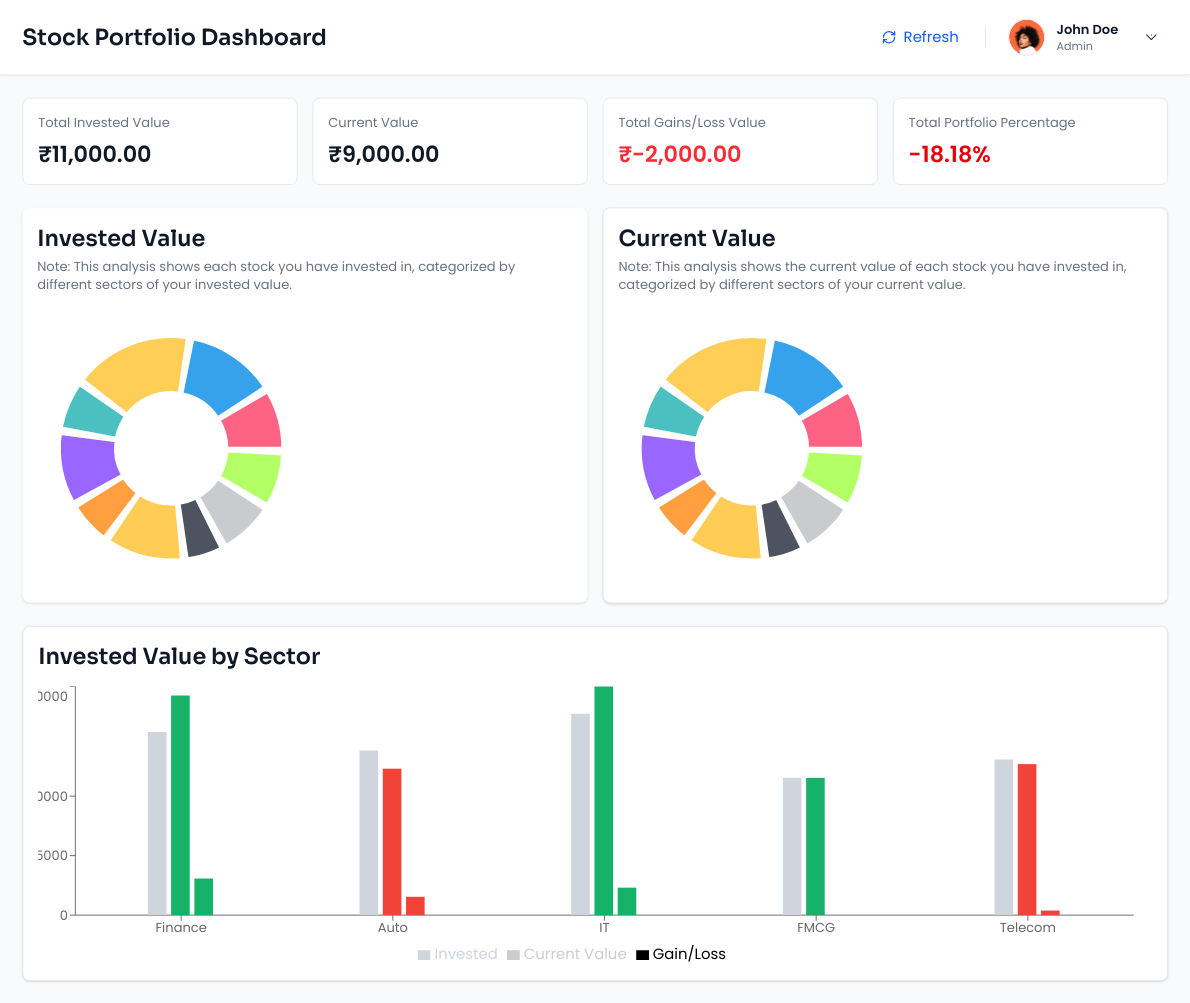
Repository: jabir12-12/inten-project
Page: /
An editor plug-in stored every save of this project. The page is shown before and after the next save, followed by the edit.
The browser window is 1280 px wide. The pictures show the whole page, at 93% of full size.
The project was rebuilt for these pictures with package versions that can differ from the ones it lists, and the page was loaded fresh each time. The framework's server and built-in components were replaced by stand-ins that run in the browser. Also part of the build but not shown: next.config.ts.

Above is the page before, as saved 2025-05-17 15:45:48.

### src/pages/index.tsx
'use client';
import React, { useState } from 'react';
import Image from 'next/image';
import { RefreshCw, } from "lucide-react";
import { Bar, BarChart, CartesianGrid, Legend, ResponsiveContainer, Tooltip, TooltipProps, XAxis, YAxis } from "recharts";
import { PieChart, Pie, Cell } from 'recharts';

interface PieTooltipProps extends TooltipProps<number, string> {
  active?: boolean;
  payload?: any[];
}

const Investedvalue = [
  { name: "Tata Motors", sector: "Automobile", visitors: 100000, percentage: 10, fill: "#FF6384" },
  { name: "Reliance", sector: "Energy", visitors: 150000, percentage: 15, fill: "#36A2EB" },
  { name: "Infosys", sector: "IT", visitors: 200000, percentage: 20, fill: "#FFCE56" },
  { name: "HDFC", sector: "Finance", visitors: 80000, percentage: 8, fill: "#4BC0C0" },
  { name: "ITC", sector: "FMCG", visitors: 120000, percentage: 12, fill: "#9966FF" },
  { name: "Airtel", sector: "Telecom", visitors: 70000, percentage: 7, fill: "#FF9F40" },
  { name: "Maruti", sector: "Automobile", visitors: 130000, percentage: 13, fill: "#FFCD56" },
  { name: "ICICI", sector: "Finance", visitors: 60000, percentage: 6, fill: "#4D5360" },
  { name: "Asian Paints", sector: "Chemicals", visitors: 90000, percentage: 9, fill: "#C9CBCF" },
  { name: "SBI", sector: "Finance", visitors: 90000, percentage: 9, fill: "#B2FF66" },
];




// Calculate total invested amount
const totalInvested = Investedvalue.reduce((sum, stock) => sum + stock.visitors, 0);

// Prepare data with percentage for Pie chart
const pieChartFormattedData = Investedvalue.map((stock) => ({
  name: stock.name,
  visitors: stock.visitors,
  fill: stock.fill,
  percentage: ((stock.visitors / totalInvested) * 100).toFixed(2),
}));

const CustomPieTooltip: React.FC<PieTooltipProps> = ({ active, payload }) => {
  if (active && payload && payload.length) {
    const {
      name,
      value,
      payload: { fill, visitors },
    } = payload[0];

    return (
      <div
        className="flex flex-row items-center justify-between w-40"
        style={{
          backgroundColor: 'white',
          border: '1px solid #EAECF0',
          borderRadius: '8px',
          padding: '10px',
          boxShadow: "0px 4px 8px rgba(0, 0, 0, 0.1)"
        }}
      >
        <div className="flex flex-row items-center">
          <span style={{
            display: 'inline-block',
            width: '12px',
            height: '12px',
            borderRadius: '50%',
            backgroundColor: fill,
            marginRight: '8px'
          }} />
          <p className="flex items-center text-sm font-semibold text-[#667085]">{name}</p>
        </div>
        <p className="text-[0.938rem] font-semibold text-[#1D2939]">
          ₹{(visitors ?? value ?? 0).toLocaleString("en-IN")}
        </p>
      </div>
    );
  }
  return null;
};


export default function Home() {
  const [loading, setLoading] = useState(false)
  const investedValue = 11000;
  const currentValue = 9000;

  const gainLoss = currentValue - investedValue;
  const isGain = gainLoss >= 0;
  // this convert the text into Indian Rupee format
  const gainLossText = `₹${gainLoss.toLocaleString("en-IN", {
    minimumFractionDigits: 2,
  })}`;
  const barChartData = [
    {
      name: "Finance",
      invested: 200000,
      current: 240000, // green
    },
    {
      name: "Auto",
      invested: 180000,
      current: 160000, // red
    },
    {
      name: "IT",
      invested: 220000,
      current: 250000, // green
    },
    {
      name: "FMCG",
      invested: 150000,
      current: 150000, // same (neutral)
    },
    {
      name: "Telecom",
      invested: 170000,
      current: 165000, // red
    },
  ];


  return (
    <div className="bg-gray-50 min-h-screen flex flex-col">
      {/* Header */}
      <header className="sticky top-0 z-10 flex justify-between px-4 md:px-6 py-3 md:py-4 bg-white border-b border-gray-200 shadow-sm items-center">
        <div className="flex items-center">
          <h1 className="text-gray-900 font-semibold text-xl md:text-2xl">Stock Portfolio Dashboard</h1>
        </div>
        <div className="flex items-center gap-2 md:gap-4">
          <button
            onClick={() => setLoading(true)}
            className="flex items-center  text-blue-600 hover:text-blue-800 px-3 py-1 rounded-md gap-2 cursor-pointer"
            disabled={loading}
          >
            <RefreshCw className={`w-4 h-4 ${loading ? "animate-spin" : ""}`} />
            <span>{loading ? "Refreshing..." : "Refresh"}</span>
          </button>
          <div className="hidden md:block bg-gray-200 h-6 w-px"></div>
          <div className="flex items-center gap-2 md:gap-3 cursor-pointer rounded-md px-2 py-1 hover:bg-gray-100 transition-colors">
            {/* Avatar: always visible */}
            <div className="h-8 w-8 md:h-10 md:w-10 overflow-hidden rounded-full border border-gray-200 shrink-0">
              <Image
                src="/images/Ellipse 1534 (6).svg"
                alt="User profile"
                className="h-full w-full object-cover"
                width={40}
                height={40}
              />
            </div>
            {/* Name and Role: hidden on small screens */}
            <div className="hidden md:flex flex-col min-w-[80px]">
              <span className="text-gray-900 text-sm font-semibold truncate">John Doe</span>
              <span className="text-gray-500 text-xs truncate">Admin</span>
            </div>
            {/* Dropdown Icon: visible always, aligned nicely */}
            <div className="flex items-center justify-center h-5 w-5">
              <Image
                src="/images/Frame (21).svg"
                alt="Dropdown icon"
                width={20}
                height={20}
              />
            </div>
          </div>
        </div>
      </header>
      {/* Main  Body */}
      <div className="flex-1 px-4 py-6 overflow-auto flex flex-col gap-6 md:px-6">
        <div className="flex flex-wrap gap-4 justify-between">
          {/* Total Invested Value */}
          <button className="flex flex-1 min-w-[240px] p-4 flex-col gap-2 border border-gray-200 rounded-lg bg-white transition-all duration-300 ease-in-out hover:shadow-[0_4px_20px_rgba(255,182,193,0.5)] hover:border-[#D6BBFB] hover:scale-[1.03] active:scale-[0.98]">
            <span className="text-gray-500 text-sm">Total Invested Value</span>
            <span className="text-gray-900 text-2xl font-semibold">
              ₹{investedValue.toLocaleString("en-IN", {
                minimumFractionDigits: 2,
              })}
            </span>
          </button>

          {/* Current Value */}
          <button className="flex flex-1 min-w-[240px] p-4 flex-col gap-2 border border-gray-200 rounded-lg bg-white transition-all duration-300 ease-in-out hover:shadow-[0_4px_20px_rgba(255,182,193,0.5)] hover:border-[#D6BBFB] hover:scale-[1.03] active:scale-[0.98]">
            <span className="text-gray-500 text-sm">Current Value</span>
            <span className="text-gray-900 text-2xl font-semibold">
              ₹{currentValue.toLocaleString("en-IN", {
                minimumFractionDigits: 2,
              })}
            </span>
          </button>

          {/* Total Gain/Loss */}
          <button className="flex flex-1 min-w-[240px] p-4 flex-col gap-2 border border-gray-200 rounded-lg bg-white transition-all duration-300 ease-in-out hover:shadow-[0_4px_20px_rgba(255,182,193,0.5)] hover:border-[#D6BBFB] hover:scale-[1.03] active:scale-[0.98]">
            <span className="text-gray-500 text-sm">Total Gains/Loss Value</span>
            <span
              className={`text-2xl font-semibold ${isGain ? "text-green-600" : "text-red-500"
                }`}
            >
              {gainLossText}
            </span>
          </button>

          {/* Portfolio Percentage (optional placeholder) */}
          <button className="flex flex-1 min-w-[240px] p-4 flex-col gap-2 border border-gray-200 rounded-lg bg-white transition-all duration-300 ease-in-out hover:shadow-[0_4px_20px_rgba(255,182,193,0.5)] hover:border-[#D6BBFB] hover:scale-[1.03] active:scale-[0.98]">
            <span className="text-gray-500 text-sm">Total Portfolio Percentage</span>
            <span className={`text-2xl font-semibold ${currentValue >= investedValue ? 'text-green-600' : 'text-red-600'}`}>
              {(((currentValue - investedValue) / investedValue) * 100).toFixed(2)}%
            </span>
          </button>

        </div>
        <div className='flex flex-row w-full  items-center  gap-4 justify-between'>
          <div className='flex flex-col w-1/2 gap-4 order border-gray-200 rounded-lg p-4  bg-white shadow-sm'>
            <div className='flex flex-col gap-1'>
              <h1 className="text-gray-900 font-semibold text-xl md:text-2xl">Invested Value</h1>
              <span className="text-gray-500 text-sm">
                Note: This analysis shows each stock you have invested in, categorized by different sectors of your invested value.
              </span>
            </div>
            <ResponsiveContainer width="50%" height={300} className="flex">
              <PieChart>
                <Tooltip content={<CustomPieTooltip />} cursor={false} />
                <Pie
                  data={pieChartFormattedData}
                  dataKey="visitors"
                  nameKey="name"
                  innerRadius={60}
                  outerRadius={120}
                  stroke="#FFFFFF"
                  strokeWidth={3}
                  paddingAngle={3}
                >
                  {pieChartFormattedData.map((entry, index) => (
                    <Cell key={`cell-${index}`} fill={entry.fill} />
                  ))}
                </Pie>
              </PieChart>
            </ResponsiveContainer>
          </div>
          <div className='flex flex-col w-1/2 gap-4 border border-gray-200 rounded-lg p-4 bg-white shadow-sm'>
            <div className='flex flex-col gap-1'>
              <h1 className="text-gray-900 font-semibold text-xl md:text-2xl">Current Value</h1>
              <span className="text-gray-500 text-sm">
                Note: This analysis shows the current value of each stock you have invested in, categorized by different sectors of your current value.
              </span>
            </div>
            <ResponsiveContainer width="50%" height={300} className="flex">
              <PieChart>
                <Tooltip content={<CustomPieTooltip />} cursor={false} />
                <Pie
                  data={pieChartFormattedData}
                  dataKey="visitors"
                  nameKey="name"
                  innerRadius={60}
                  outerRadius={120}
                  stroke="#FFFFFF"
                  strokeWidth={3}
                  paddingAngle={3}
                >
                  {pieChartFormattedData.map((entry, index) => (
                    <Cell key={`cell-${index}`} fill={entry.fill} />
                  ))}
                </Pie>
              </PieChart>
            </ResponsiveContainer>
          </div>
        </div>
        <div className='flex flex-col gap-4 border border-gray-200 rounded-lg p-4 bg-white shadow-sm'>
          <h1 className="text-gray-900 font-semibold text-xl md:text-2xl">Invested Value by Sector</h1>
          <ResponsiveContainer width="100%" height={300}>
            <BarChart
              data={barChartData}
              barGap={5}
              barCategoryGap="30%"
              margin={{ right: 20, left: -20 }}
            >
              <CartesianGrid strokeDasharray="3 3" horizontal={false} vertical={false} />
              <XAxis
                dataKey="name"
                fontFamily="poppins"
                fontSize={14}
                fontWeight={400}
                fill="#667085"
              />
              <YAxis
                domain={[0, 'dataMax']}
                fontFamily="poppins"
                fontSize={14}
                fontWeight={400}
                fill="#667085"
              />
              <Tooltip
                formatter={(value: number) => `₹${value.toLocaleString("en-IN")}`}
              />
              <Legend />

              {/* Invested: Always Gray */}
              <Bar dataKey="invested" name="Invested" fill="#D0D5DD" barSize={20} />

              {/* Current: Dynamic Color */}
              <Bar
                dataKey="current"
                name="Current Value"
                barSize={20}
                fill="#ccc"
                shape={(props: any) => {
                  const { x, y, width, height, payload } = props;
                  const fill = payload.current >= payload.invested ? "#17B26A" : "#F04438";
                  return <rect x={x} y={y} width={width} height={height} fill={fill} />;
                }}
              />

              {/* Gain/Loss: Difference Bar */}
              <Bar
                dataKey={(entry) => Math.abs(entry.current - entry.invested)}
                name="Gain/Loss"
                barSize={20}
                shape={(props: any) => {
                  const { x, y, width, height, payload } = props;
                  const fill = payload.current >= payload.invested ? "#17B26A" : "#F04438";
                  return <rect x={x} y={y} width={width} height={height} fill={fill} />;
                }}
              />
            </BarChart>
          </ResponsiveContainer>

        </div>


      </div>
    </div>


  );
}

### src/styles/globals.css
@import url('https://fonts.googleapis.com/css2?family=Poppins:wght@400;500;600&family=Inter:wght@400;500;600&family=Sora:wght@400;500;600;700;800&display=swap');
@import url('https://fonts.googleapis.com/css2?family=Inter:wght@400;700&display=swap');

@import "tailwindcss";

body {
  background-color: #f7f8fb;
  margin: 0;
  padding: 0;
  font-family: 'Poppins', sans-serif;
  justify-content: center;
  align-items: center;
  height: 100vh;
}

.video-js .vjs-playback-rate {
  font-size: 10px;
  transform: translateY(12px);
  /* Moves the button down by 10px */

}

.heading .head {
  font-family: 'Sora', sans-serif;
  font-size: 24px;
  /* Example size */
  font-weight: 700;
}

/* Example for other headings if needed */
h1,
h2,
h3,
h4,
h5,
h6 {
  font-family: 'Sora', sans-serif;
}

h3 {
  font-size: 18px;
  font-weight: 600;
}

/* Ensure that other text elements use Poppins */
p,
span,
div {
  font-family: 'Poppins', sans-serif;
}

.button {
  outline: none;
}

/* Custom scrollbar styles */

::-webkit-scrollbar {
  width: 7px;
  height: 7px;
}

::-webkit-scrollbar-thumb {
  background-color: rgba(234, 236, 240, 1);
  ;

  border-radius: 100px;
}

::-webkit-scrollbar-track {
  background: "white";

}

/* THIS IS FOR TEXT-EDITOR IN DISSCUSSION TAB --------------------------*/
.custom-quill .ql-container {
  border: none !important;
  /* Remove the border from the container */
}

.custom-quill .ql-editor {
  border: none !important;
  /* Ensure no border around the editor */
}

.custom-quill:focus {
  outline: none;
  /* Remove outline on focus */
}

.custom-quill .ql-editor {
  font-size: 16px;
  /* Set text size to 16px */
  font-family: 'Poppins', sans-serif;
  font-style: normal;
  /* Use the Poppins font */

}

.custom-quill .ql-editor:empty::before {

  /* Show placeholder */
  color: #667085;
  /* Placeholder color */
  font-family: 'Poppins', sans-serif;
  font-style: normal;
  /* Poppins font for placeholder */
  font-size: 16px;
  /* Placeholder size */
  position: absolute;
  /* Position it absolutely */
  left: 10px;
  /* Adjust according to your padding */
  top: 10px;
  /* Adjust according to your padding */
  pointer-events: none;
  /* Prevent interaction */
}

.custom-quill .ql-editor:focus::before {
  display: none;
  /* Hide placeholder on focus */
}

/* -------------------------------------------------- */
/* FOR TOOLTIP FOR TEST PAGE ONLY ->learn Tab */


.tooltipText {
  position: absolute;
  color: white;
  bottom: 125%;
  /* Position above the button */
  left: 50%;
  /* Center horizontally */
  transform: translateX(-50%);
  /* Adjust to center the tooltip */

  z-index: 3;
  background-color: #131313;
  box-shadow: 0 5px 10px rgba(0, 0, 0, 0.3);
  padding: 6px 14px;
  /* Padding inside the tooltip */
  width: 204px;
  /* Fixed width */
  height: auto;
  /* Hug content (height grows with content) */
  min-height: 78px;
  /* Minimum height */
  font-size: 15px;
  font-weight: 400;
  border-radius: 5px;
  white-space: normal;
  /* Allow text wrapping for longer content */
  opacity: 0;
  pointer-events: none;
  transition: all 0.4s ease;
}

.tooltip:hover .tooltipText {
  opacity: 1;
  pointer-events: auto;
  transform: translate(-50%, -10px);
  /* Move tooltip slightly up on hover */
}

.drawer-overlay {
  background-color: transparent !important;
  /* Makes the overlay transparent */
}

/* magic.module.css */
.customCheckbox input[type="checkbox"]:checked {
  background-color: #9012FF;
  border-color: #9012FF;
}

/* Add this to your global CSS file */
.ql-container .ql-editor img {
  cursor: pointer;
}

.image-resizer {
  border: 1px dashed #999;
  position: absolute;
}

.image-resizer .resize-handle {
  background-color: #fff;
  border: 1px solid #999;
  height: 8px;
  width: 8px;
  position: absolute;
}

.image-resizer .resize-handle.se {
  bottom: -5px;
  right: -5px;
  cursor: se-resize;
}

.image-resizer .resize-handle.sw {
  bottom: -5px;
  left: -5px;
  cursor: sw-resize;
}

.image-resizer .resize-handle.ne {
  top: -5px;
  right: -5px;
  cursor: ne-resize;
}

.image-resizer .resize-handle.nw {
  top: -5px;
  left: -5px;
  cursor: nw-resize;
}


@layer base {
  :root {
    --radius: 0.5rem;
    --chart-1: 12 76% 61%;
    --chart-2: 173 58% 39%;
    --chart-3: 197 37% 24%;
    --chart-4: 43 74% 66%;
    --chart-5: 27 87% 67%;
  }

  .dark {
    --chart-1: 220 70% 50%;
    --chart-2: 160 60% 45%;
    --chart-3: 30 80% 55%;
    --chart-4: 280 65% 60%;
    --chart-5: 340 75% 55%;
  }
}

Loaded but not shown: src/pages/_app.tsx (common file); src/pages/_document.tsx (common file)

After the next save:
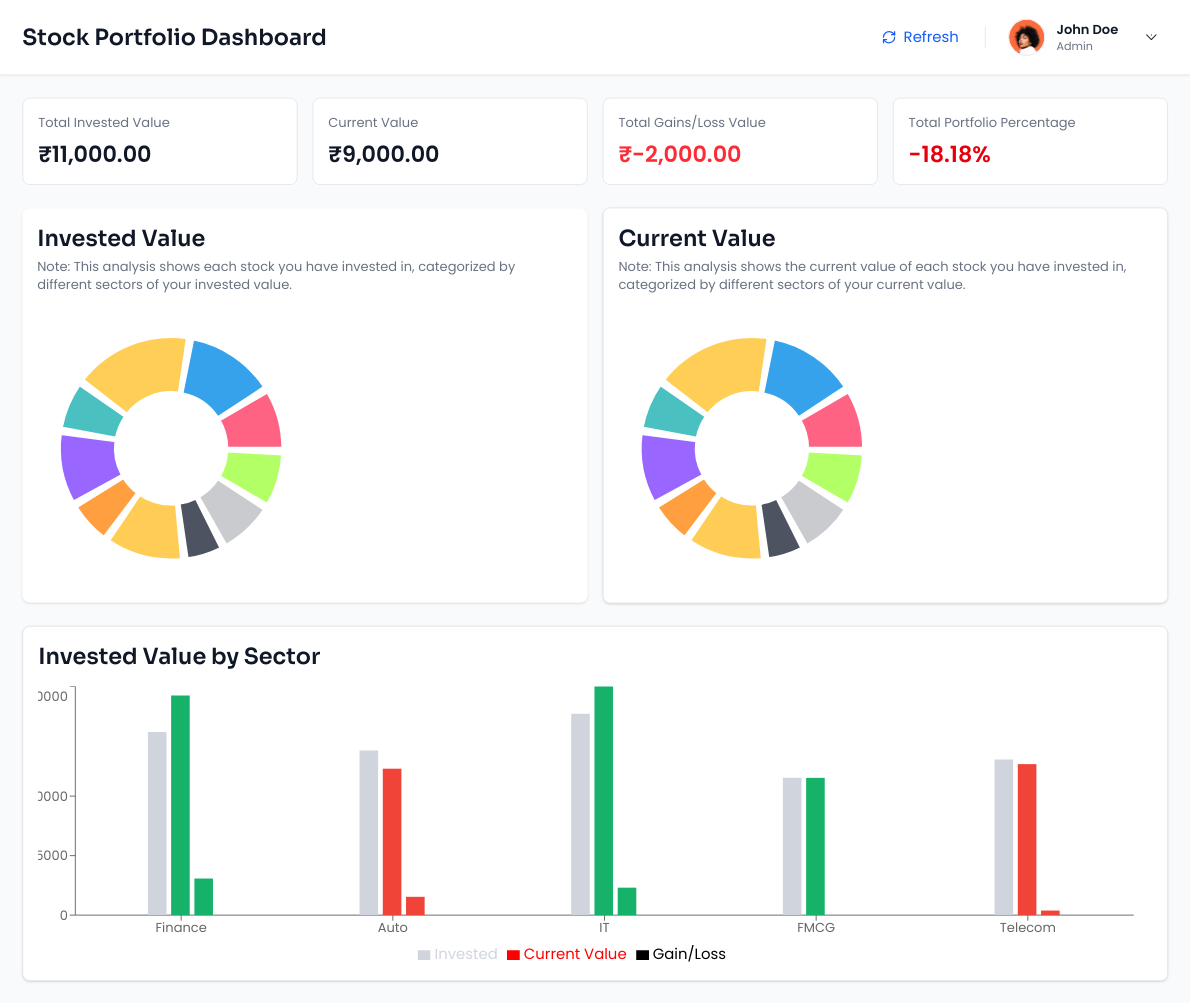
Saved 113 s later.
--- a/src/pages/index.tsx
+++ b/src/pages/index.tsx
@@ -298,7 +298,7 @@
                 dataKey="current"
                 name="Current Value"
                 barSize={20}
-                fill="#ccc"
+                fill="red"
                 shape={(props: any) => {
                   const { x, y, width, height, payload } = props;
                   const fill = payload.current >= payload.invested ? "#17B26A" : "#F04438";
